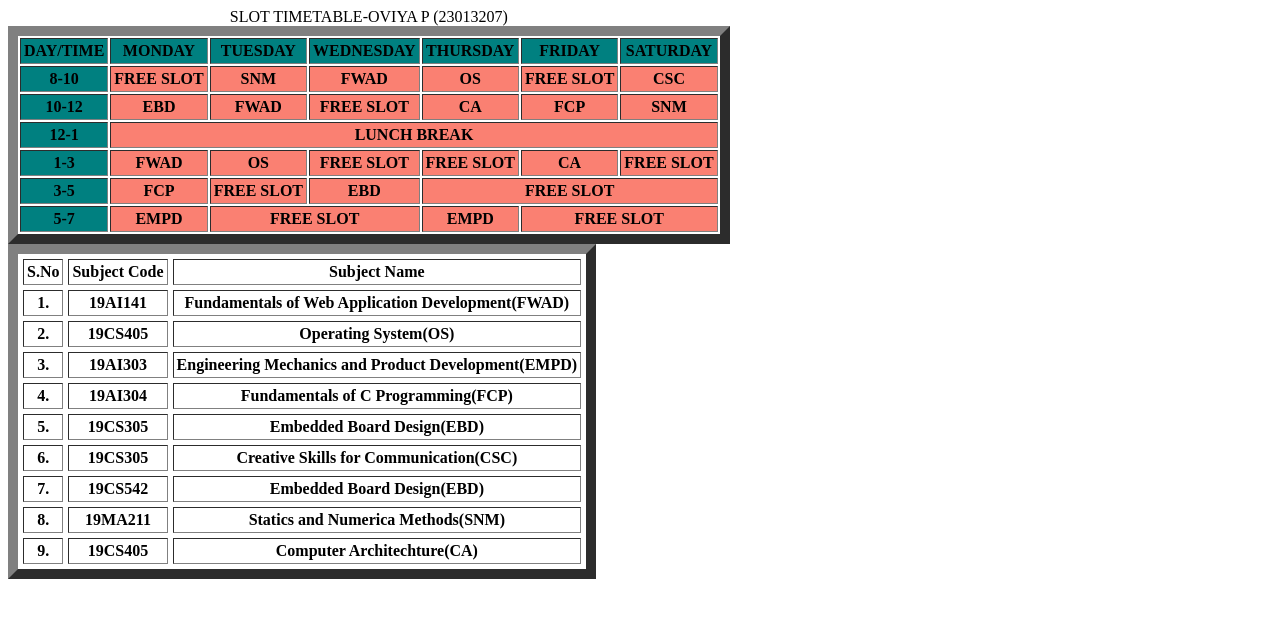
Repository: Oviya24032K6/slot
Page: oviya/static/time.html
The author's editor kept a copy of each file at every save. The page is drawn from the files as they stood at one save, then again after the next save.
The browser window is 1280 px wide. The pictures show the whole page.

Above is the page before, as saved 2024-03-15 20:43:21.

### oviya/static/time.html
<html>
    <head>
        <title>SLOT TIMETABLE-OVIYA P (23013207)</title>
    </head>
    <body bgcolor="white" align="center" >
    <table align="left" border="10" cellspacing="2" cellpadding="3">
    <caption>SLOT TIMETABLE-OVIYA P (23013207)</caption>
        <tr>
            <th bgcolor="teal">DAY/TIME</th>
            <th bgcolor="teal">MONDAY</th>
            <th bgcolor="teal">TUESDAY</th>
            <th bgcolor="teal">WEDNESDAY</th>
            <th bgcolor="teal">THURSDAY</th>
            <th bgcolor="teal">FRIDAY</th>
            <th bgcolor="teal">SATURDAY</th>
        </tr>
        <tr>
            <th bgcolor="teal">8-10</th>
            <th bgcolor="salmon">FREE SLOT</th>
            <th bgcolor="salmon">SNM</th>
            <th bgcolor="salmon">FWAD</th>
            <th bgcolor="salmon">OS</th>
            <th bgcolor="salmon">FREE SLOT</th>
            <th bgcolor="salmon">CSC</th>
        </tr>
        <tr>
            <th bgcolor="teal">10-12</th>
            <th bgcolor="salmon">EBD</th>
            <th bgcolor="salmon">FWAD</th>
            <th bgcolor="salmon">FREE SLOT</th>
            <th bgcolor="salmon">CA</th>
            <th bgcolor="salmon">FCP</th>
            <th bgcolor="salmon">SNM</th>
        </tr>
        <tr>
            <th bgcolor="teal">12-1</th>
            <th bgcolor="salmon" colspan="6">LUNCH BREAK</th>
        </tr>
        <tr>
            <th bgcolor="teal">1-3</th>
            <th bgcolor="salmon">FWAD</th>
            <th bgcolor="salmon">OS</th>
            <th bgcolor="salmon">FREE SLOT</th>
            <th bgcolor="salmon">FREE SLOT</th>
            <th bgcolor="salmon">CA</th>
            <th bgcolor="salmon">FREE SLOT</th>
        </tr>
        <tr>
            <th bgcolor="teal">3-5</th>
            <th bgcolor="salmon">FCP</th>
            <th bgcolor="salmon">FREE SLOT</th>
            <th bgcolor="salmon">EBD</th>
            <th bgcolor="salmon" colspan="4">FREE SLOT</th>
        </tr>
        <tr>
            <th bgcolor="teal">5-7</th>
            <th bgcolor="salmon" >EMPD</th>
            <th bgcolor="salmon" colspan="2">FREE SLOT</th>
            <th bgcolor="salmon" >EMPD</th>
            <th bgcolor="salmon" colspan="2">FREE SLOT</th>

        </tr>

    </table>
    <br>
    <br>
    <table align="left" border="10" cellspacing="5" cellpadding="3">
        <tr>
            <th>S.No</th>
            <th>Subject Code</th>
            <th>Subject Name</th>
        </tr>
        <tr>
            <th>1.</th>
            <th>19AI141</th>
            <th>Fundamentals of Web Application Development(FWAD)</th>
        </tr>
        <tr>
            <th>2.</th>
            <th>19CS405</th>
            <th>Operating System(OS)</th>
        </tr>
        <tr>
            <th>3.</th>
            <th>19AI303</th>
            <th>Engineering Mechanics and Product Development(EMPD)</th>
        </tr>
        <tr>
            <th>4.</th>
            <th>19AI304</th>
            <th>Fundamentals of C Programming(FCP)</th>
        </tr>
        <tr>
            <th>5.</th>
            <th>19CS305</th>
            <th>Embedded Board Design(EBD)</th>
        </tr>
        <tr>
            <th>6.</th>
            <th>19CS305</th>
            <th>Creative Skills for Communication(CSC)</th>
        </tr>
        <tr>
            <th>7.</th>
            <th>19CS542</th>
            <th>Embedded Board Design(EBD)</th>
        </tr>
        <tr>
            <th>8.</th>
            <th>19MA211</th>
            <th>Statics and Numerica Methods(SNM)</th>
        </tr>
        <tr>
            <th>9.</th>
            <th>19CS405</th>
            <th>Computer Architechture(CA)</th>
        </tr>
    </table>
</body>
</html>
</html>

After the next save:
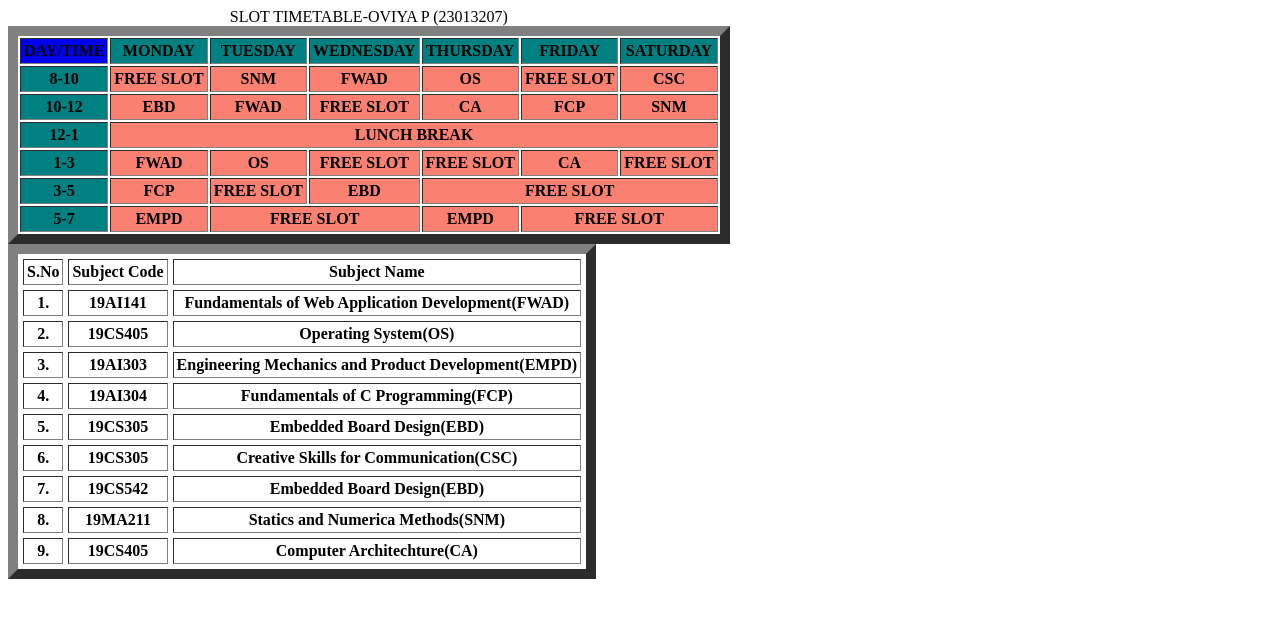
Saved 34 s later.
--- a/oviya/static/time.html
+++ b/oviya/static/time.html
@@ -6,7 +6,7 @@
     <table align="left" border="10" cellspacing="2" cellpadding="3">
     <caption>SLOT TIMETABLE-OVIYA P (23013207)</caption>
         <tr>
-            <th bgcolor="teal">DAY/TIME</th>
+            <th bgcolor="light greeen">DAY/TIME</th>
             <th bgcolor="teal">MONDAY</th>
             <th bgcolor="teal">TUESDAY</th>
             <th bgcolor="teal">WEDNESDAY</th>

After the 2 saves that followed:
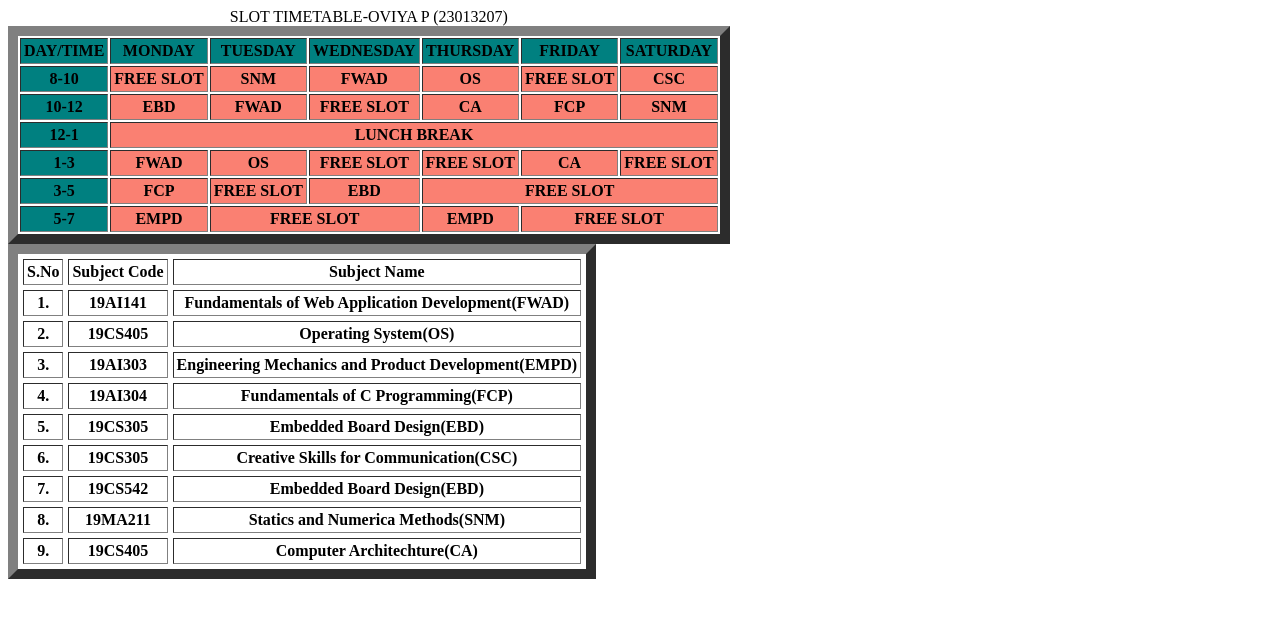
The 2 saves are shown as one change because 1 left the picture as it was.
The last was saved 19 s later.
--- a/oviya/static/time.html
+++ b/oviya/static/time.html
@@ -6,7 +6,7 @@
     <table align="left" border="10" cellspacing="2" cellpadding="3">
     <caption>SLOT TIMETABLE-OVIYA P (23013207)</caption>
         <tr>
-            <th bgcolor="light greeen">DAY/TIME</th>
+            <th bgcolor="teal">DAY/TIME</th>
             <th bgcolor="teal">MONDAY</th>
             <th bgcolor="teal">TUESDAY</th>
             <th bgcolor="teal">WEDNESDAY</th>
